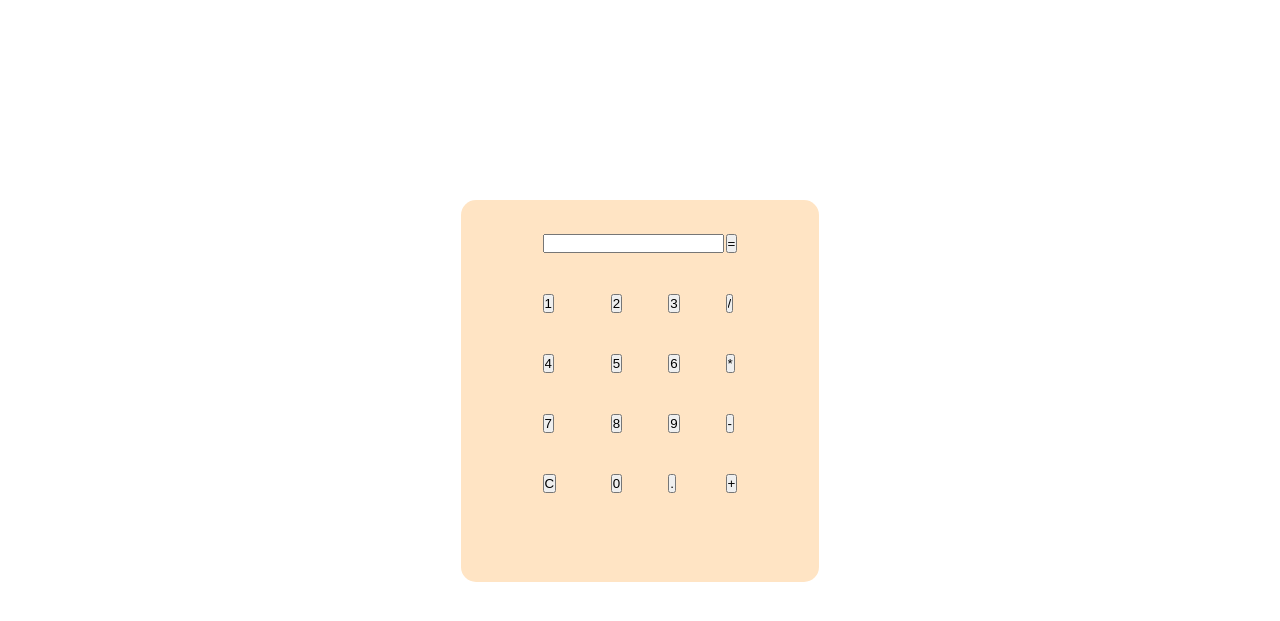
Repository: Seryozha02/CalculatorAndStopwatch
Page: calculator.html
These files come from the project's save history. The page is drawn as it stood at one moment and after the next save; the edit follows.
The browser window is 1280 px wide. The pictures show the whole page.

Above is the page before, as saved 2022-10-03 00:25:47.

### calculator.html
<!DOCTYPE html>
<html lang="en">
  <head>
    <meta charset="UTF-8" />
    <meta http-equiv="X-UA-Compatible" content="IE=edge" />
    <meta name="viewport" content="width=device-width, initial-scale=1.0" />
    <link rel="stylesheet" href="calculator.css" />
    <title>Calculator</title>
  </head>
  <body>
    <table id="calculator">
      <tr>
        <td colspan="3"><input class="display-box" type="text" id="result"/></td>
        <td><input type="button" value="=" onclick="calculate()" id="btn"></td>
      </tr>
      <tr>
        <td><input type="button" value="1" onclick="display(('1'))" /></td>
        <td><input type="button" value="2" onclick="display(('2'))" /></td>
        <td><input type="button" value="3" onclick="display(('3'))" /></td>
        <td><input type="button" value="/" onclick="display(('/'))" /></td>
      </tr>
      <tr>
        <td><input type="button" value="4" onclick="display(('4'))"></td>
        <td><input type="button" value="5" onclick="display(('5'))"></td>
        <td><input type="button" value="6" onclick="display(('6'))"></td>
        <td><input type="button" value="*" onclick="display(('*'))"></td>
      </tr>
      <tr>
        <td><input type="button" value="7" onclick="display(('7'))"></td>
        <td><input type="button" value="8" onclick="display(('8'))"></td>
        <td><input type="button" value="9" onclick="display(('9'))"></td>
        <td><input type="button" value="-" onclick="display(('-'))"></td>
      </tr>
      <tr>
      <td><input type="button" value="C" onclick="cleareScreen()" id="btn"></td>
      <td><input type="button" value="0" onclick="display(('0'))"></td>
      <td><input type="button" value="." onclick="display(('.'))"></td>
      <td><input type="button" value="+" onclick="display(('+'))"></td>
    </tr>
    </table>
  </body>
  <script src="calculator.js"></script>
</html>

### calculator.css
* {
    margin: 0;
    padding: 0;
    text-decoration: none;
    box-sizing: border-box;
}

#calculator {
    background-color: bisque;
    border-radius: 15px;
    margin: 0 auto;
    margin-top: 200px;
    padding: 0 80px 80px;
    font-size: 50px;
}

table td tr {
        font-size: 35px;
}

Loaded but not shown: calculator.js (no copy from this time; the picture is the same without it)

After the next save:
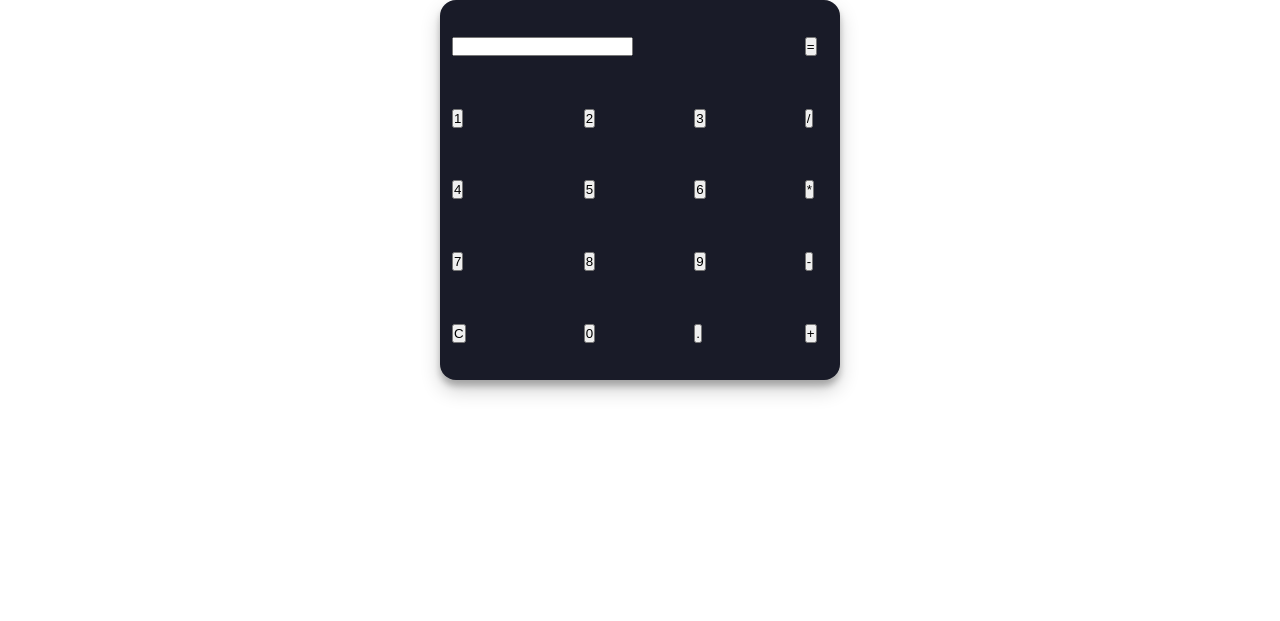
Saved 87 s later.
--- a/calculator.css
+++ b/calculator.css
@@ -6,12 +6,13 @@
 }
 
 #calculator {
-    background-color: bisque;
-    border-radius: 15px;
-    margin: 0 auto;
-    margin-top: 200px;
-    padding: 0 80px 80px;
-    font-size: 50px;
+    padding: 10px;
+    border-radius: 1em;
+    height: 380px;
+    width: 400px;
+    margin: auto;
+    background-color: #191b28;
+    box-shadow: rgba(0, 0, 0, 0.19) 0px 10px 20px, rgba(0, 0, 0, 0.23) 0px 6px 6px;
 }
 
 table td tr {

After the save that followed:
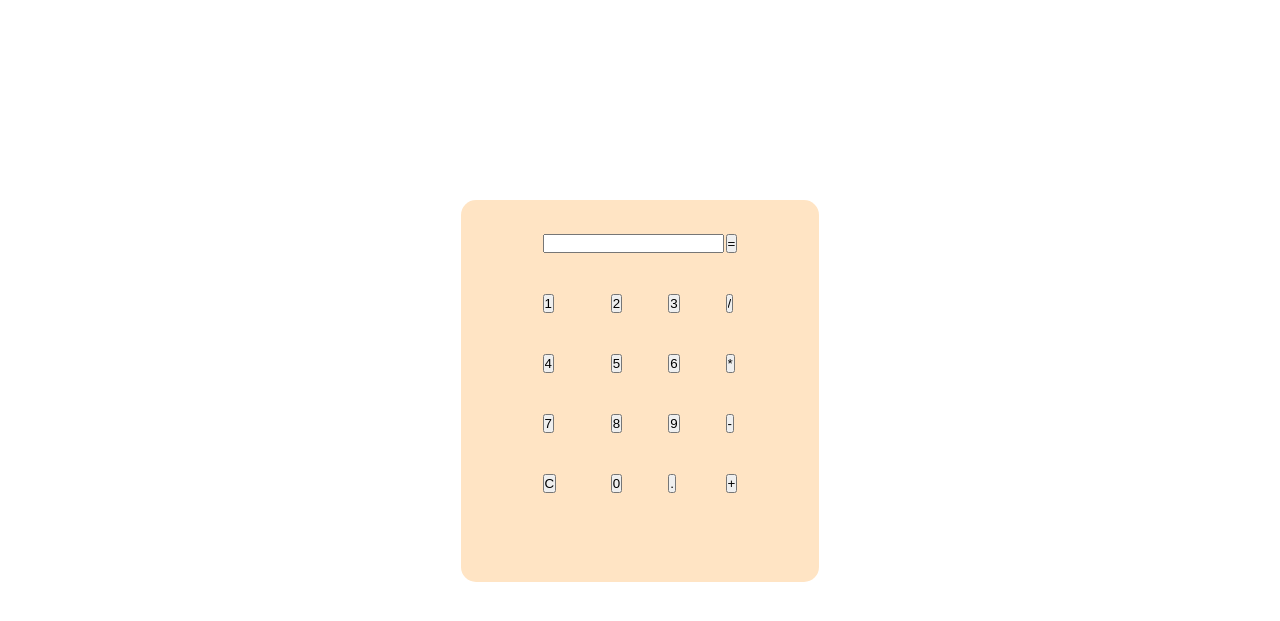
Saved 22 s later.
--- a/calculator.css
+++ b/calculator.css
@@ -6,13 +6,12 @@
 }
 
 #calculator {
-    padding: 10px;
-    border-radius: 1em;
-    height: 380px;
-    width: 400px;
-    margin: auto;
-    background-color: #191b28;
-    box-shadow: rgba(0, 0, 0, 0.19) 0px 10px 20px, rgba(0, 0, 0, 0.23) 0px 6px 6px;
+    background-color: bisque;
+    border-radius: 15px;
+    margin: 0 auto;
+    margin-top: 200px;
+    padding: 0 80px 80px;
+    font-size: 50px;
 }
 
 table td tr {
